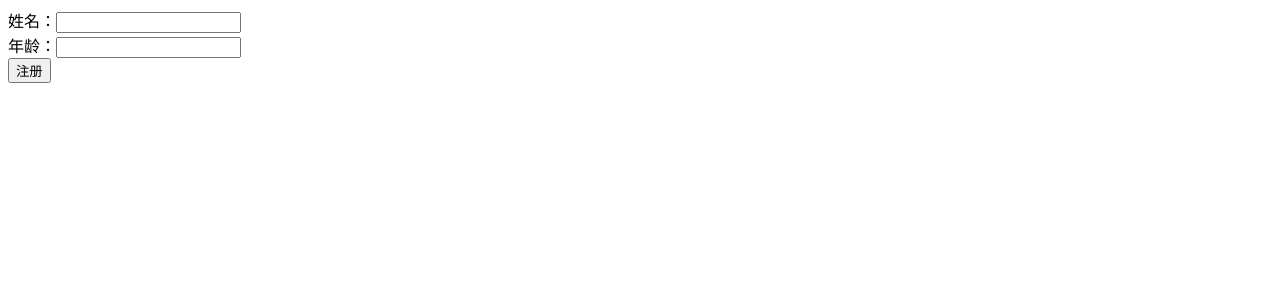
Repository: xianzhixianzhixian/SpringMVC
Page: http://localhost/46-validation/
An editor plug-in stored every save of this project. The page is shown before and after the next save, followed by the edit.
The browser window is 1280 px wide. The pictures show the whole page.
The page is served by Tomcat 9. Other server files are loaded and not shown.

Above is the page before, as saved 2017-09-23 13:01:43.

### 46-validation/WebContent/index.jsp
<%@ page language="java" contentType="text/html; charset=UTF-8"
    pageEncoding="UTF-8"%>
<!DOCTYPE>
<html>
	<head>
		<meta http-equiv="Content-Type" content="text/html; charset=UTF-8">
		<title>起始页面</title>
	</head>

	<body>
		<form action="${pageContext.request.contextPath}/test/register.do" method="POST">
			姓名：<input type="text" name="name"/><br>
			年龄：<input type="age" name="age"/><br>
			<input type="submit" value="注册"/>
		</form>
	</body>
</html>

After the next save:
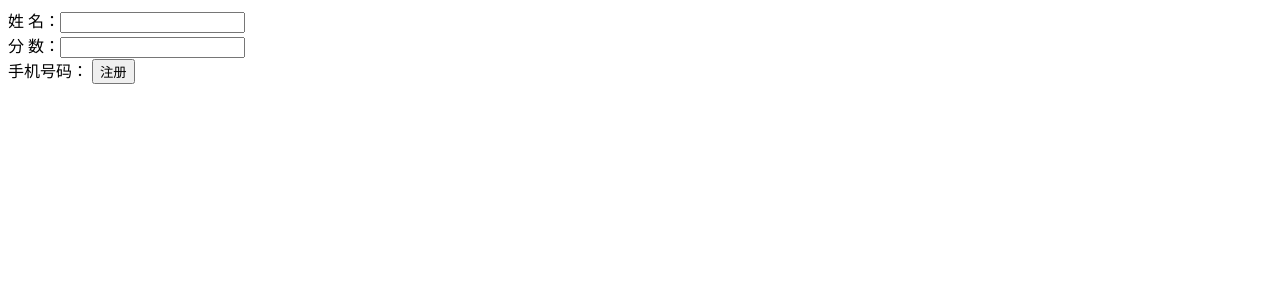
Saved 76 s later.
--- a/46-validation/WebContent/index.jsp
+++ b/46-validation/WebContent/index.jsp
@@ -9,8 +9,9 @@
 
 	<body>
 		<form action="${pageContext.request.contextPath}/test/register.do" method="POST">
-			姓名：<input type="text" name="name"/><br>
-			年龄：<input type="age" name="age"/><br>
+			姓         名：<input type="text" name="name"/><br>
+			分         数：<input type="text" name="score"/><br>
+			手机号码：
 			<input type="submit" value="注册"/>
 		</form>
 	</body>
